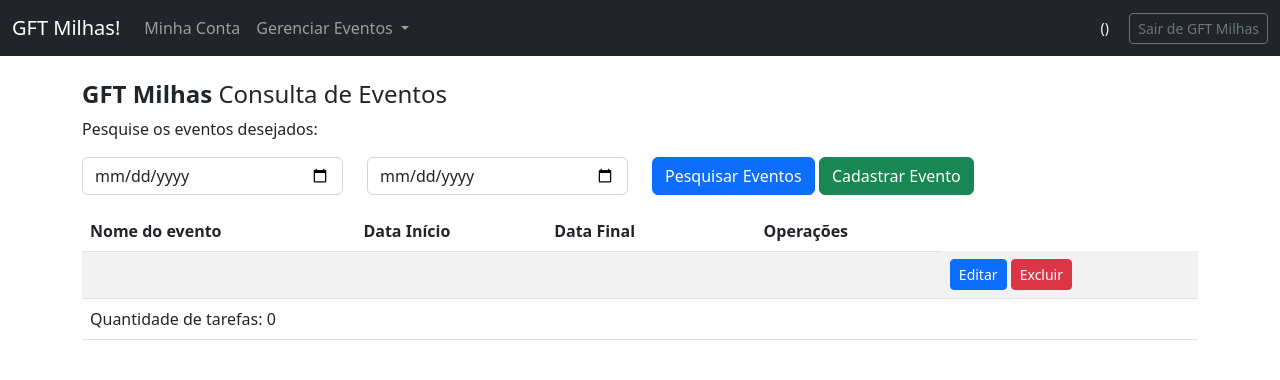
Repository: thamaraamaral/desafio_mvc1
Page: http://localhost/projeto-milhas/WEB-INF/views/eventos-cadastro.jsp
These files come from the project's save history. The page is drawn as it stood at one moment and after the next save; the edit follows.
The browser window is 1280 px wide. The pictures show the whole page.
The page is served by Tomcat 9. Nobody is signed in. Other server files are loaded and not shown. The template is opened directly, without the code that normally fills it, so the values that code supplies are empty.

Above is the page before, as saved 2022-10-27 23:33:34.

### projeto-milhas/src/main/webapp/WEB-INF/views/eventos-cadastro.jsp
<%@ page language="java" contentType="text/html; charset=UTF-8"
	pageEncoding="UTF-8"%>
<!DOCTYPE html>
<html>
<head>
<meta charset="UTF-8">
<title>Cadastro de Eventos</title>
<!-- CSS only -->
<link
	href="https://cdn.jsdelivr.net/npm/bootstrap@5.2.2/dist/css/bootstrap.min.css"
	rel="stylesheet">
</head>
<body>
<!-- Menu do sistema -->
	<jsp:include page="/WEB-INF/views/components/menu.jsp"/>

	<div class="container mt-4">

		<div class="row mb-3">
			<div class="col-md-6">
				<h4><strong>GFT Milhas</strong> Consulta de Eventos</h4>
				Pesquise os eventos desejados:
			</div>
			<div class="col-md-6 text-end">
				<div class="mt-2">
					<strong>${mensagem}</strong>
				</div>
			</div>
		</div>

		<form class="mb-3">

			<div class="row">
				<div class="col-md-3">
					<input type="date" class="form-control"/>
				</div>
				<div class="col-md-3">
					<input type="date" class="form-control"/>
				</div>
				<div class="col-md-6">

					<input type="submit" class="btn btn-primary" value="Pesquisar Eventos"/>

					<a href="/projeto-milhas/eventos-cadastro" class="btn btn-success">
						Cadastrar Evento
					</a>
				</div>
			</div>

		</form>

		<table class="table table-hover table-striped">
			<thead>
				<tr>
					<th>Nome do evento</th>
					<th>Data Início</th>
					<th>Data Final</th>
					<th></th>
					<th>Operações</th>
				</tr>
			</thead>
			<tbody>
				<tr>
					<td></td>
					<td></td>
					<td></td>
					<td></td>
					<td></td>
					<td>
						<a href="/agendaweb/tarefas-edicao" class="btn btn-primary btn-sm">
							Editar
						</a>
						<a href="#" class="btn btn-danger btn-sm">
							Excluir
						</a>
					</td>
				</tr>
			</tbody>
			<tfoot>
				<tr>
					<td colspan="6">
						Quantidade de tarefas: 0
					</td>
				</tr>
			</tfoot>
		</table>

	</div>
		<!-- JavaScript Bundle with Popper -->
		<script
			src="https://cdn.jsdelivr.net/npm/bootstrap@5.2.2/dist/js/bootstrap.bundle.min.js"
			integrity="sha384-OERcA2EqjJCMA+/3y+gxIOqMEjwtxJY7qPCqsdltbNJuaOe923+mo//f6V8Qbsw3"
			crossorigin="anonymous"></script></body>
</html>

### projeto-milhas/src/main/webapp/WEB-INF/views/components/menu.jsp
<nav class="navbar navbar-expand-lg navbar-dark bg-dark">
  <div class="container-fluid">
    <a class="navbar-brand" href="#">GFT Milhas!</a>
    <button class="navbar-toggler" type="button" data-bs-toggle="collapse" data-bs-target="#navbarSupportedContent" aria-controls="navbarSupportedContent" aria-expanded="false" aria-label="Toggle navigation">
      <span class="navbar-toggler-icon"></span>
    </button>
    <div class="collapse navbar-collapse" id="navbarSupportedContent">
      <ul class="navbar-nav me-auto mb-2 mb-lg-0">
        <li class="nav-item">
          <a class="nav-link" href="#">Minha Conta</a>
        </li>
        <li class="nav-item dropdown">
          <a class="nav-link dropdown-toggle" href="#" id="navbarDropdown" role="button" data-bs-toggle="dropdown" aria-expanded="false">
            Gerenciar Eventos
          </a>
          <ul class="dropdown-menu" aria-labelledby="navbarDropdown">
            <li><a class="dropdown-item" href="/projeto-milhas/eventos-cadastro">Cadastrar Eventos</a></li>
            <li><a class="dropdown-item" href="/projeto-milhas/eventos-consulta">Consultar Eventos</a></li>
          </ul>
        </li>
      </ul>
      <form class="d-flex">

		<div class="text-white">

			<small>
				<strong>${usuario_auth.nome}</strong> (${usuario_auth.email})
			</small>

			&nbsp;&nbsp;&nbsp;

			<a href="/projeto-milhas/logout" class="btn btn-outline-secondary btn-sm"
				onclick="return confirm('Deseja realmente encerrar sua sessão?');">
				Sair de GFT Milhas
			</a>

		</div>

      </form>
    </div>
  </div>
</nav>

After the next save:
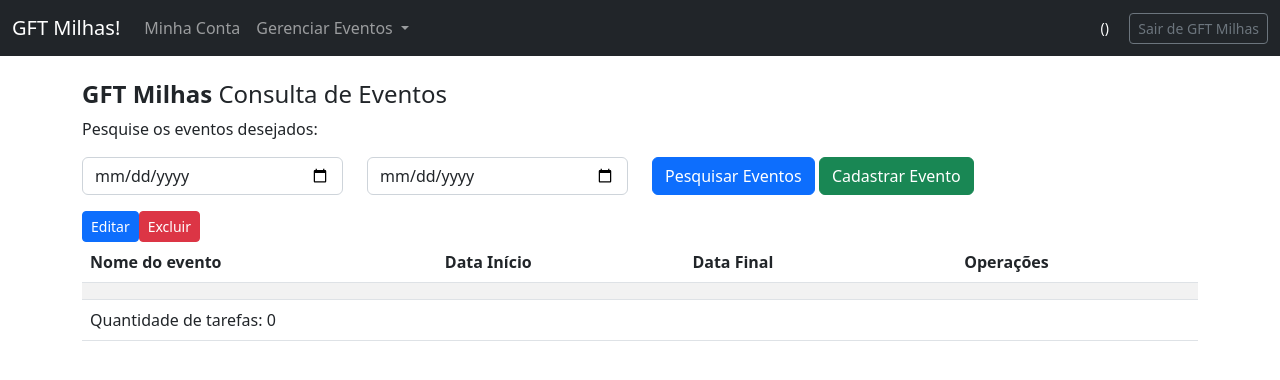
Saved 26 s later.
--- a/projeto-milhas/src/main/webapp/WEB-INF/views/eventos-cadastro.jsp
+++ b/projeto-milhas/src/main/webapp/WEB-INF/views/eventos-cadastro.jsp
@@ -66,7 +66,6 @@
 					<td></td>
 					<td></td>
 					<td></td>
-					<td>
 						<a href="/agendaweb/tarefas-edicao" class="btn btn-primary btn-sm">
 							Editar
 						</a>
